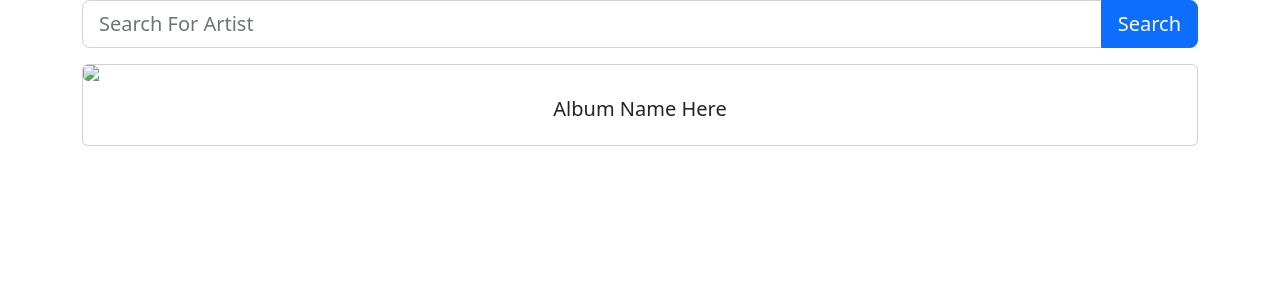
Repository: HarshM0di/my-app
Page: / (app in my-app/)
An editor plug-in stored every save of this project. The page is shown before and after the next save, followed by the edit.
The browser window is 1280 px wide. The pictures show the whole page.
The project was rebuilt for these pictures with package versions that can differ from the ones it lists, and the page was loaded fresh each time.

Above is the page before, as saved 2022-08-31 10:37:55.

### my-app/src/App.js
import logo from './logo.svg';
import './App.css';
import 'bootstrap/dist/css/bootstrap.min.css';
import { Container, InputGroup, FormControl, Button, Row, Card } from'react-bootstrap';
import { useState, useEffect} from 'react';

function App() {
  const [searchInput, setSearchInput] = useState("");

  return (
    <div className="App">
      <Container>
        <InputGroup className="mb-3" size="lg">

          <FormControl
           placeholder="Search For Artist"
           type="input"
           onKeyPress={event => {
            if (event.key =="Enter")
               console.log("Pressed enter")


           }}
           onChange={event => setSearchInput(event.target.value)}

          />
          <Button onClick={() => {console.log("Clicked Button")}}>
            Search
          </Button>
        </InputGroup>
      </Container>
      <Container>
        <Card>
          <Card.Img src="#" />
          <Card.Body>
            <Card.Title>Album Name Here</Card.Title>
          </Card.Body>
        </Card>
      </Container>
    </div>
  );
}

export default App;

Loaded but not shown: my-app/public/index.html (common file); my-app/src/index.js (common file); my-app/src/index.css (common file); my-app/src/reportWebVitals.js (common file); my-app/src/App.css (common file)

After the next save:
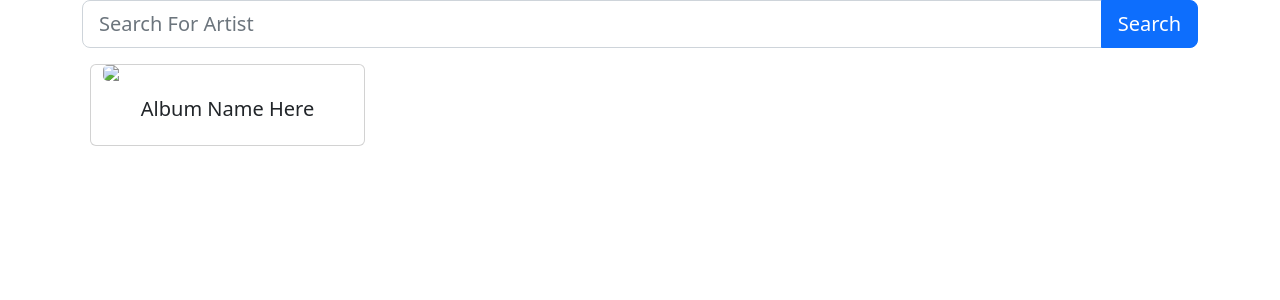
Saved 3 min 17 s later.
--- a/my-app/src/App.js
+++ b/my-app/src/App.js
@@ -30,12 +30,14 @@ function App() {
         </InputGroup>
       </Container>
       <Container>
+        <Row className="mx-2 row row-cols-4">
         <Card>
           <Card.Img src="#" />
           <Card.Body>
             <Card.Title>Album Name Here</Card.Title>
           </Card.Body>
         </Card>
+        </Row>
       </Container>
     </div>
   );
